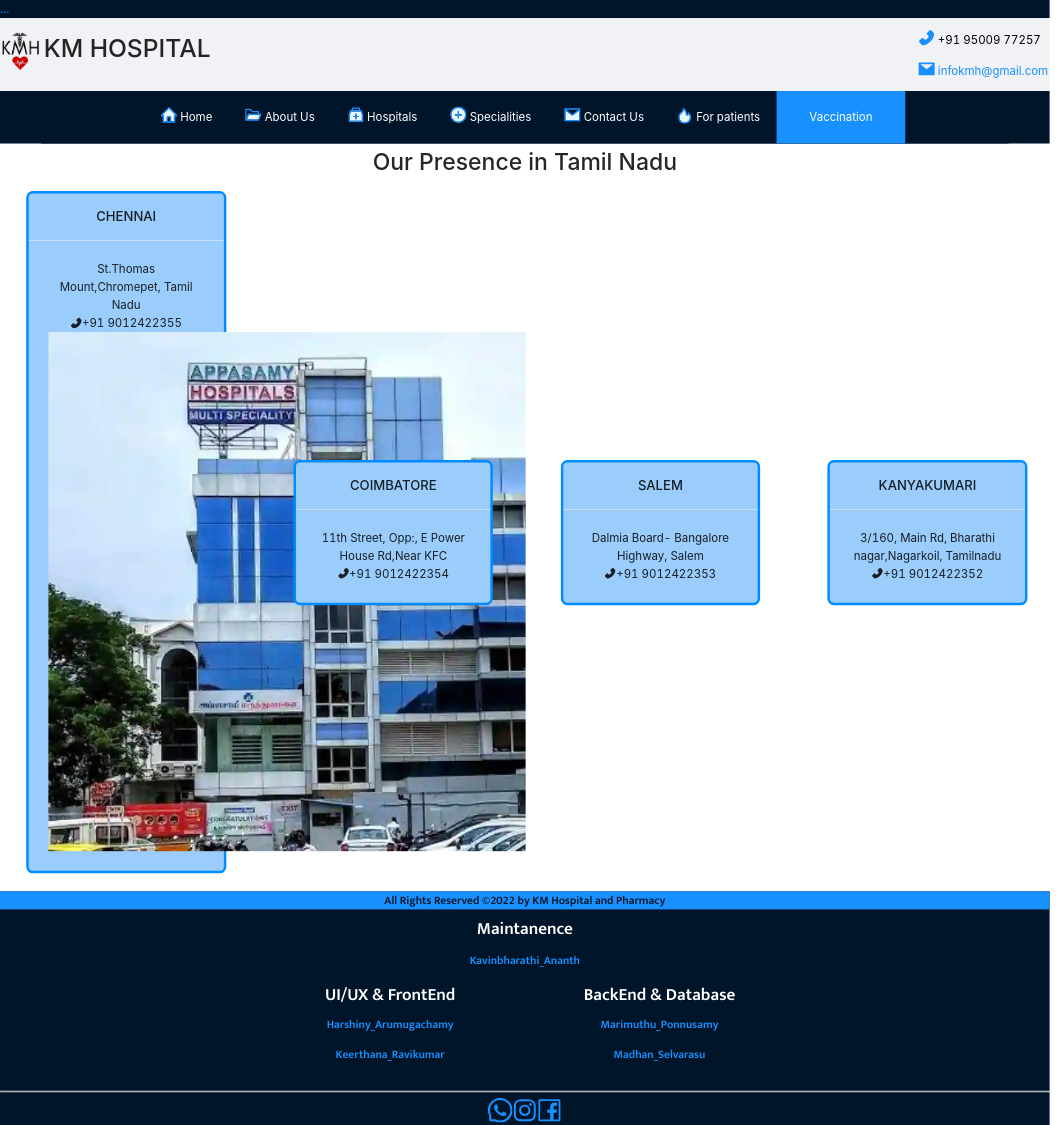
Repository: marimuthu1001/KHM-hospital
Page: /hospitals (app in km-hospital/)
An editor plug-in stored every save of this project. The page is shown before and after the next save, followed by the edit.
The browser window is 1280 px wide. The page is 1297 px wide, so the pictures cover 1297 px, including what lies to the right of the window. The pictures show the whole page, at 82% of full size.
The project was rebuilt for these pictures with package versions that can differ from the ones it lists, and the page was loaded fresh each time. Also part of the build but not shown: km-hospital/src/firebase.js, km-hospital/src/Pages/Home.jsx, km-hospital/src/Pages/ContactUs.jsx, km-hospital/src/Pages/AboutUS.jsx, km-hospital/src/Styles/Specialities.module.css, km-hospital/src/Pages/Specialities.jsx, km-hospital/src/Pages/For Patients/Bmi_Calculator.jsx, km-hospital/src/Styles/Appointment.module.css and 3 more.

Above is the page before, as saved 2022-01-27 15:16:38.

### km-hospital/public/index.html
<!DOCTYPE html>
<html lang="en">
  <head>
    <meta charset="utf-8" />
    <link rel="icon" href="%PUBLIC_URL%/favicon.ico" />
    <meta name="viewport" content="width=device-width, initial-scale=1" />
    <meta name="theme-color" content="#000000" />
    <meta
      name="description"
      content="Web site created using create-react-app"
    />
    <link rel="apple-touch-icon" href="%PUBLIC_URL%/logo192.png" />
    <!--
      manifest.json provides metadata used when your web app is installed on a
      user's mobile device or desktop. See https://developers.google.com/web/fundamentals/web-app-manifest/
    -->
    <link rel="manifest" href="%PUBLIC_URL%/manifest.json" />
    <!--
      Notice the use of %PUBLIC_URL% in the tags above.
      It will be replaced with the URL of the `public` folder during the build.
      Only files inside the `public` folder can be referenced from the HTML.

      Unlike "/favicon.ico" or "favicon.ico", "%PUBLIC_URL%/favicon.ico" will
      work correctly both with client-side routing and a non-root public URL.
      Learn how to configure a non-root public URL by running `npm run build`.
    -->
    <title>KM HOSPITAL | HOME</title>
  </head>
  <body>
    <noscript>You need to enable JavaScript to run this app.</noscript>
    <div id="root"></div>
    <!--
      This HTML file is a template.
      If you open it directly in the browser, you will see an empty page.

      You can add webfonts, meta tags, or analytics to this file.
      The build step will place the bundled scripts into the <body> tag.

      To begin the development, run `npm start` or `yarn start`.
      To create a production bundle, use `npm run build` or `yarn build`.
    -->
  </body>
</html>

### km-hospital/src/index.js
import React from 'react';
import ReactDOM from 'react-dom';
import 'antd/dist/antd.min.css'
import './index.css'
import App from './App';


ReactDOM.render(
  <React.StrictMode>
    <App />
  </React.StrictMode>,
  document.getElementById('root')
);

### km-hospital/src/index.css
@import '~antd/dist/antd.css';

.ant-menu:not(.ant-menu-horizontal) .ant-menu-item-selected {
	background: transparent;
}

.ant-menu{
    background: red;
    }

### km-hospital/src/App.js
import Nav from  './components/Nav'
import Footer from './components/Footer'
import Home from './Pages/Home'
import ContactUs from './Pages/ContactUs'
import AboutUs from './Pages/AboutUS'
import Specialities from './Pages/Specialities'
import BmiCalculator from './Pages/For Patients/Bmi_Calculator'
import Appointment from './Pages/For Patients/BookAppointment'
import Hospitals from './Pages/Hospitals'
import {BrowserRouter as Router, Route,Routes} from 'react-router-dom'

import Feedback from './Pages/Feedback'

function App() {
  return (
    <Router>
        <div className="App">
          <Nav/>
          <Routes>
            <Route exact path="/" element={<Home/>}/>
            <Route exact path="/contactus" element={<ContactUs/>}/>
            <Route exact path="/aboutus" element={<AboutUs/>}/>
            <Route exact path="/specialities" element={<Specialities/>}/>
            <Route exact path="/bmicalculator" element={<BmiCalculator/>}/>
            <Route exact path="/bookappointment" element={<Appointment/>}/>
            <Route exact path="/hospitals" element={<Hospitals/>}/>
            <Route exact path="/feedback" element={<Feedback/>}/>
          </Routes>

          <Footer/>
        </div>
    </Router>

  );
}

export default App;

### km-hospital/src/components/Nav.jsx
import React from 'react'

import Styles from '../Styles/Nav.module.css'
import { Layout, Menu, Dropdown,Row,Col } from 'antd';
import Logo from '../Images/Logo.png'

import {HomeTwoTone,
    FolderOpenTwoTone,
    MedicineBoxTwoTone,
    PlusCircleTwoTone,
    FireTwoTone ,
    MailTwoTone,
    PhoneFilled,
    MailFilled,

    } from '@ant-design/icons'

function Nav() {
  const menu = (
    <Menu>

            <Menu.Item key="1">Covid Dose</Menu.Item>
            <Menu.Item key="2">Covid Booster</Menu.Item>
            <Menu.Item key="3">Polio Vaccine</Menu.Item>
            <Menu.Item key="4">Chicken pox Vaccine</Menu.Item>
      </Menu>
  )
const patients = (
  <Menu>
         <a href="bmicalculator"> <Menu.Item key="1">Health Checkup Package</Menu.Item></a>
         <a href="bmicalculator"><Menu.Item key="2">Medicines</Menu.Item></a>
          <a href="bmicalculator"><Menu.Item key="3">Symptoms</Menu.Item></a>
          <a href="/bookappointment"> <Menu.Item key="4">Book an Appointment</Menu.Item></a>
          <a href="bmicalculator"><Menu.Item key="5">BMI Calculator</Menu.Item></a>

    </Menu>

  )

  const { Header} = Layout;
    return (

      <Layout>
        <p className={Styles.line}>...</p>
        <div className={Styles.head} >
            <Row gutters={[16,16]}>
              <Col md={{span:2}} lg={{span:1}}>
              <div className="logo">
              <img src={Logo} alt="Logo" widht={50} height={50}/>
            </div>
              </Col>
              <Col md={{span:6}} lg={{span:4}}>
              <h1>KM HOSPITAL</h1>
              </Col>
              <Col md={{span:8}} lg={{span:16}}></Col>
              <Col md={{span:5}} lg={{span:3}}>
              <div className={Styles.contactHead}>
                <p style={{color:'black'}}><PhoneFilled  style= {{ fontSize: '20px',color: '#1890ff'  }} />&nbsp;+91 95009 77257</p>
                <p><a href="mailto:infokmh@gmail.com"><MailFilled style= {{ fontSize: '20px',color: '#1890ff'  }} />&nbsp;infokmh@gmail.com</a></p>
               </div>
              </Col>
            </Row>
        </div>



      <Header className="header">
      <div className="menubar">
        <Menu style={{
            position: 'relative',
            display: 'flex',
            justifyContent: 'center',

        }} theme="dark" mode="horizontal" defaultSelectedKeys={['1']}>
     <a href="/">
          <Menu.Item key="7"><HomeTwoTone style={{fontSize:20}}/>&nbsp;Home</Menu.Item>
     </a>
     <a href="/aboutus">
          <Menu.Item key="2"><FolderOpenTwoTone style={{fontSize:20}}/>&nbsp;About Us</Menu.Item>
     </a>
     <a href="/hospitals">
          <Menu.Item key="3"><MedicineBoxTwoTone style={{fontSize:20}}/>&nbsp;Hospitals</Menu.Item>
     </a>
     <a href="/specialities">
          <Menu.Item key="4"><PlusCircleTwoTone style={{fontSize:20}}/>&nbsp;Specialities</Menu.Item>
     </a>
     <a href="/contactus">
          <Menu.Item  key="6"> <MailTwoTone style={{fontSize:20}}/>&nbsp;Contact Us</Menu.Item>
     </a>
          <Dropdown  overlay={patients} placement="topCenter">
              <Menu.Item key="5"><FireTwoTone style={{fontSize:20}}/>&nbsp;For patients</Menu.Item>
          </Dropdown>

          <Menu.Item key="1">
          <Dropdown  overlay={menu} placement="topCenter">
                    <Menu.Item>Vaccination</Menu.Item>
          </Dropdown>
          </Menu.Item>


        </Menu>  </div>
      </Header>


        </Layout>


    )
}

export default Nav

### km-hospital/src/components/Footer.jsx
import React from 'react'
import Styles from '../Styles/Footer.module.css'
import { Row, Col } from 'antd';
import {WhatsAppOutlined,
    InstagramOutlined,
    FacebookOutlined} from '@ant-design/icons'
function Footer() {
    return (
        <div  >
            <div className={Styles.footer}>


                <div className={Styles.footerContent}>
                    <div sm={1}  md={6} lg={8}  className={Styles.footerTitle}>
                        <h4>All Rights Reserved &copy;2022 by KM Hospital and Pharmacy</h4>
                    </div>


                <div className={Styles.maintain}>
                    <h2>Maintanence</h2>
                    <p>Kavinbharathi_Ananth</p>
                </div>

                <Row className={Styles.design} gutter={[34, 18]}>
                <Col xs={24} md={6}/>
                    <Col xs={24} md={6}>
                        <div>
                            <h2 className={Styles.headDecoration}>UI/UX & FrontEnd</h2>
                            <div className={Styles.decoration}>
                                <p>Harshiny_Arumugachamy</p>
                                <p>Keerthana_Ravikumar</p>
                            </div>
                        </div>
                    </Col>
                    <Col xs={24} md={6}>
                        <div>
                        <h2 className={Styles.headDecoration}>BackEnd & Database</h2>
                            <div className={Styles.decoration}>
                                <p>Marimuthu_Ponnusamy</p>
                                <p>Madhan_Selvarasu</p>
                            </div>
                        </div>
                    </Col>
                    <Col xs={24} md={6}/>
                        <Col sm={{ span: 5, offset: 0 }} md={{ span: 5, offset: 0 }} lg={{ span: 6, offset:0  }}> </Col>
                </Row>


<hr/>


                <Row  className={Styles.social}>
                    <Col sm={{span:2}} md={{span:8}} lg={{span:8}}><WhatsAppOutlined style={{fontSize: '30px' }} /></Col>
                    <Col sm={{span:2}} md={{span:8}} lg={{span:8}}><InstagramOutlined style={{fontSize: '30px' }} /></Col>
                    <Col sm={{span:2}} md={{span:8}} lg={{span:8}}><FacebookOutlined style={{fontSize: '30px' }} /></Col>
                </Row>
            </div>
        </div>
        </div>
    )
}

export default Footer

### km-hospital/src/Pages/Hospitals.jsx
import React from 'react';
import { Card, Col, Row  } from 'antd';
import Styles from '../Styles/ContactUs.module.css'
import {PhoneFilled} from '@ant-design/icons'
import Img1 from '../Images/Hospitals/hsptl (16).jpeg'
function Hospitals() {
  return (<div>
      <h1 style={{textAlign:"Center"}}>Our Presence in Tamil Nadu</h1>
            <div className="site-card-wrapper">
                    <Row className={Styles.locations} justify="space-around" align="middle" gutter={28}>
                        {/* <Col sm={{span:2}} md={{span:5}}  lg={{span:4}}></Col> */}
                        <Col  sm={{span:1}} md={{span:5}}  lg={{span:5}} >
                            <Card className={Styles.card} title="CHENNAI" bordered={true} hoverable={true}>
                            St.Thomas Mount,Chromepet, Tamil Nadu <br/> <PhoneFilled />+91 9012422355
                            <img src={Img1} alt="Hospital" />
                            </Card>
                        </Col>
                        <Col sm={{span:1}} md={{span:5}} lg={{span:5}} >
                            <Card  className={Styles.card} title="COIMBATORE" bordered={true} hoverable={true}>
                           11th Street, Opp:, E Power House Rd,Near KFC <br/> <PhoneFilled />+91 9012422354
                            </Card>
                        </Col>
                        <Col sm={{span:1}} md={{span:5}} lg={{span:5}}>
                            <Card className={Styles.card} title="SALEM" bordered={true} hoverable={true}>
                           Dalmia Board- Bangalore Highway, Salem  <br/> <PhoneFilled />+91 9012422353
                            </Card>
                        </Col>
                        <Col sm={{span:1}} md={{span:5}} lg={{span:5}}>
                            <Card className={Styles.card} title="KANYAKUMARI" bordered={true} hoverable={true}>
                             3/160, Main Rd, Bharathi nagar,Nagarkoil, Tamilnadu  <br/> <PhoneFilled />+91 9012422352
                            </Card>
                        </Col>
                        {/* <Col sm={{span:3}} md={{span:5}}  lg={{span:4}}></Col> */}
                    </Row>
              <br/>
                </div>
  </div>);
}

export default Hospitals;

### km-hospital/src/Styles/Nav.module.css
*{
    margin-top:0px;
}
.line{
    background-color:#001529;
    color:#1890ff;
}
.head h1{
    font-size: 30px;
}
.menubar .Menu.item{
    margin-left:20%;
}
a{
    text-decoration: none;
}
a:hover{
    background-color:#1890ff;
}

### km-hospital/src/Styles/Footer.module.css
@import url('https://fonts.googleapis.com/css2?family=Mukta:wght@600&display=swap');
.footer{
    background-color:#001529;
    font-family: 'Mukta', sans-serif;
    color:#1890ff;
    position:relative;
    text-align:center
}
.footer h2{
    color:#ffffff
}
.footer .footerTitle{
    color:rgb(255, 255, 255);
    background-color:#1890ff
}
.footer .social{
    text-align:center;
    display:inline-flex;
}
.social li{
    list-style-type: none;
}
.decoration{
    list-style-type:none;
    text-align:center
}
.headDecoration{
    text-align:center
}

### km-hospital/src/Styles/Home.module.css
@import url('https://fonts.googleapis.com/css2?family=Josefin+Sans:wght@700&display=swap');
.card{
    background-color:#1890ff;
    height:120px;
    border: 1px solid #001529;
    border-radius:14px;
}
.title{
    font-family: 'Josefin Sans', sans-serif;
}

### km-hospital/src/Styles/ContactUs.module.css
.title{
    text-align:center;
}
.card{
    border:3px solid #008cff;
    border-radius:8px;
    text-align: center;
    background-color:#9bcdfc;
}
.card:hover{
    border:3px solid #1890ff;
    box-shadow: 8px 8px 8px #9bcdfc ;
}
.locations{

    padding-left:5px;
}
.btn{
    width:28%;
}
.form{
    border-radius:20px;
    border:1px solid #000;
    box-shadow:5px 5px 5px rgb(0, 0, 0);
    padding-top:20px;
}

### km-hospital/src/Styles/bmiCalc.module.css
@import url('https://fonts.googleapis.com/css2?family=Poppins:wght@400&display=swap');

.aboutContent{
    margin:0 10%;
    text-align: center;
    font-family: 'Poppins', sans-serif;
    font-weight:block;
}
 .bmiFormula{

    border:1px solid #5465ff
}

After the next save:
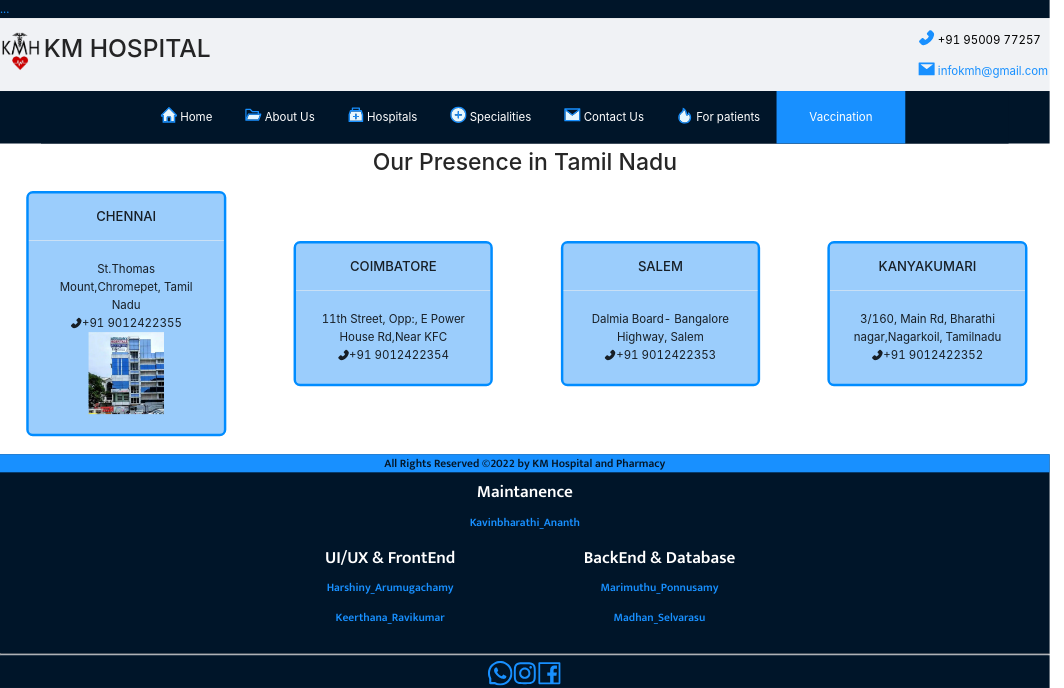
Saved 22 s later.
--- a/km-hospital/src/Pages/Hospitals.jsx
+++ b/km-hospital/src/Pages/Hospitals.jsx
@@ -12,7 +12,7 @@ function Hospitals() {
                         <Col  sm={{span:1}} md={{span:5}}  lg={{span:5}} >
                             <Card className={Styles.card} title="CHENNAI" bordered={true} hoverable={true}>
                             St.Thomas Mount,Chromepet, Tamil Nadu <br/> <PhoneFilled />+91 9012422355
-                            <img src={Img1} alt="Hospital" />
+                            <img src={Img1} alt="Hospital"  widht={200} height={100}/>
                             </Card>
                         </Col>
                         <Col sm={{span:1}} md={{span:5}} lg={{span:5}} >
